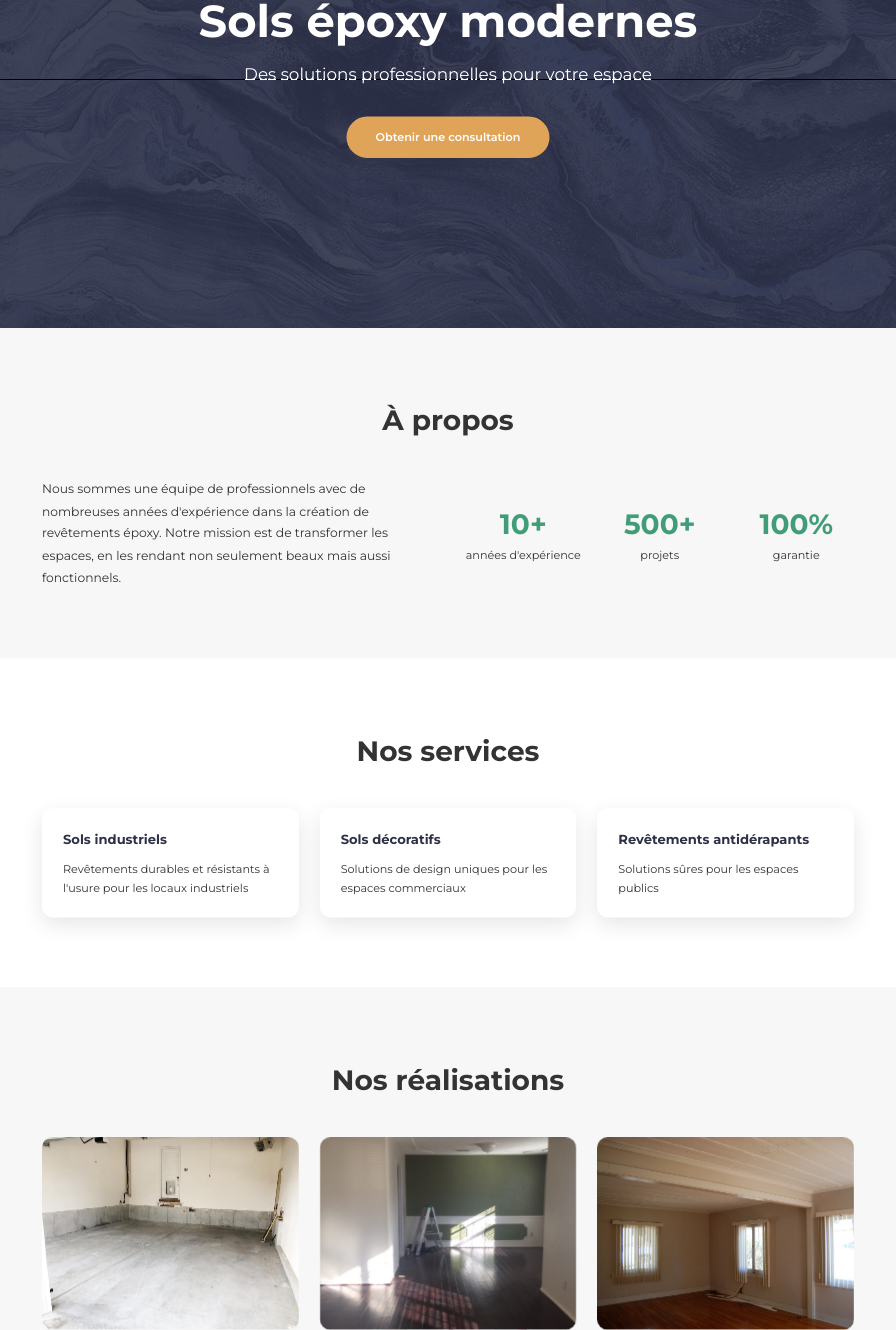
Repository: kerni-ca/kerni-ca
Page: index.html
The author's editor kept a copy of each file at every save. The page is drawn from the files as they stood at one save, then again after the next save.
The browser window is 1280 px wide. The pictures show the part of the page from y = 251 to 2151 px (the page is 5098 px tall before and 5147 px after), at 70% of full size.
Pictures or frames that could not be fetched are drawn as grey boxes. Backgrounds fixed to the window are drawn as part of the page.

Above is the page before, as saved 2025-07-04 13:21:08.

### index.html
<!DOCTYPE html>
<html lang="uk">
<head>
    <meta charset="UTF-8">
    <meta name="viewport" content="width=device-width, initial-scale=1.0">
    <title>Эпоксидные полы в Запорожье | Профессиональная укладка и ремонт</title>
    <meta name="description" content="Профессиональная укладка эпоксидных полов в Запорожье. Качественные материалы, опытные мастера, гарантия на работы. Звоните для консультации!">
    <meta name="keywords" content="эпоксидные полы Запорожье, укладка эпоксидных полов, эпоксидное покрытие, промышленные полы, декоративные полы">
    <link rel="stylesheet" href="styles.css">
    <link rel="preconnect" href="https://fonts.googleapis.com">
    <link rel="preconnect" href="https://fonts.gstatic.com" crossorigin>
    <link href="https://fonts.googleapis.com/css2?family=Montserrat:wght@400;500;600;700&display=swap" rel="stylesheet">
    <script src="lang.js"></script>
</head>
<body>
    <header class="header">
        <nav class="nav">
            <div class="logo">EPOXY<span>FLOOR</span></div>
            <ul class="nav-links">
                <li><a href="#about" data-i18n="nav_about">О нас</a></li>
                <li><a href="#services" data-i18n="nav_services">Услуги</a></li>
                <li><a href="#portfolio" data-i18n="nav_portfolio">Портфолио</a></li>
                <li><a href="#testimonials" data-i18n="nav_testimonials">Отзывы</a></li>
                <li><a href="#partners" data-i18n="nav_partners">Партнеры</a></li>
                <li><a href="#contact" data-i18n="nav_contact">Контакты</a></li>
                <li><button id="lang-switch" class="lang-btn"></button></li>
            </ul>
        </nav>
        <div class="hero">
            <h1 data-i18n="hero_title">Современные эпоксидные полы</h1>
            <p data-i18n="hero_subtitle">Профессиональные решения для вашего пространства</p>
            <a href="#contact" class="cta-button" data-i18n="hero_cta">Получить консультацию</a>
        </div>
    </header>

    <section id="about" class="about">
        <div class="container">
            <h2 data-i18n="about_title">О нас</h2>
            <div class="about-content">
                <div class="about-text">
                    <p data-i18n="about_text">Мы - команда профессионалов с многолетним опытом в создании эпоксидных покрытий. Наша миссия - преображать пространства, делая их не только красивыми, но и функциональными.</p>
                </div>
                <div class="about-stats">
                    <div class="stat">
                        <span class="number">10+</span>
                        <span class="label" data-i18n="about_years">лет опыта</span>
                    </div>
                    <div class="stat">
                        <span class="number">500+</span>
                        <span class="label" data-i18n="about_projects">проектов</span>
                    </div>
                    <div class="stat">
                        <span class="number">100%</span>
                        <span class="label" data-i18n="about_guarantee">гарантия</span>
                    </div>
                </div>
            </div>
        </div>
    </section>

    <section id="services" class="services">
        <div class="container">
            <h2 data-i18n="services_title">Наши услуги</h2>
            <div class="services-grid">
                <div class="service-card">
                    <h3 data-i18n="services_industrial">Промышленные полы</h3>
                    <p data-i18n="services_industrial_desc">Прочные и износостойкие покрытия для производственных помещений</p>
                </div>
                <div class="service-card">
                    <h3 data-i18n="services_decorative">Декоративные полы</h3>
                    <p data-i18n="services_decorative_desc">Уникальные дизайнерские решения для коммерческих помещений</p>
                </div>
                <div class="service-card">
                    <h3 data-i18n="services_anti">Антискользящие покрытия</h3>
                    <p data-i18n="services_anti_desc">Безопасные решения для общественных пространств</p>
                </div>
            </div>
        </div>
    </section>

    <section id="portfolio" class="portfolio">
        <div class="container">
            <h2 data-i18n="portfolio_title">Наши работы</h2>
            <div class="portfolio-grid">
                <!-- Клиент 1 -->
                <div class="portfolio-group" data-client="0">
                    <div class="portfolio-item" data-client="0" data-index="0"><img src="images/client1_1.jpg"><div class="portfolio-overlay"><h3>Client 1 - Фото 1</h3></div></div>
                    <div class="portfolio-item" data-client="0" data-index="1"><img src="images/client1_2.jpg"><div class="portfolio-overlay"><h3>Client 1 - Фото 2</h3></div></div>
                    <div class="portfolio-item" data-client="0" data-index="2"><img src="images/client1_3.jpg"><div class="portfolio-overlay"><h3>Client 1 - Фото 3</h3></div></div>
                    <div class="portfolio-item" data-client="0" data-index="3"><img src="images/client1_4.jpg"><div class="portfolio-overlay"><h3>Client 1 - Фото 4</h3></div></div>
                </div>
                <!-- Клиент 2 -->
                <div class="portfolio-group" data-client="1">
                    <div class="portfolio-item" data-client="1" data-index="0"><img src="images/client2_1.jpg"><div class="portfolio-overlay"><h3>Client 2 - Фото 1</h3></div></div>
                    <div class="portfolio-item" data-client="1" data-index="1"><img src="images/client2_2.jpg"><div class="portfolio-overlay"><h3>Client 2 - Фото 2</h3></div></div>
                    <div class="portfolio-item" data-client="1" data-index="2"><img src="images/client2_3.jpg"><div class="portfolio-overlay"><h3>Client 2 - Фото 3</h3></div></div>
                    <div class="portfolio-item" data-client="1" data-index="3"><img src="images/client2_4.jpg"><div class="portfolio-overlay"><h3>Client 2 - Фото 4</h3></div></div>
                </div>
                <!-- Клиент 3 -->
                <div class="portfolio-group" data-client="2">
                    <div class="portfolio-item" data-client="2" data-index="0"><img src="images/client3_1.jpg"><div class="portfolio-overlay"><h3>Client 3 - Фото 1</h3></div></div>
                    <div class="portfolio-item" data-client="2" data-index="1"><img src="images/client3_2.jpg"><div class="portfolio-overlay"><h3>Client 3 - Фото 2</h3></div></div>
                    <div class="portfolio-item" data-client="2" data-index="2"><img src="images/client3_3.jpg"><div class="portfolio-overlay"><h3>Client 3 - Фото 3</h3></div></div>
                    <div class="portfolio-item" data-client="2" data-index="3"><img src="images/client3_4.jpg"><div class="portfolio-overlay"><h3>Client 3 - Фото 4</h3></div></div>
                </div>
            </div>
        </div>
    </section>

    <div id="carousel-modal" class="carousel-modal" style="display:none;">
        <div class="carousel-content">
            <span class="carousel-close" id="carousel-close">&times;</span>
            <button class="carousel-arrow left" id="carousel-prev">&#8592;</button>
            <img id="carousel-img" src="" alt="Portfolio" />
            <button class="carousel-arrow right" id="carousel-next">&#8594;</button>
            <p id="carousel-desc" style="text-align:center;margin:10px 0 0 0;font-size:1.1em;color:#333;"></p>
        </div>
    </div>

    <section id="testimonials" class="testimonials">
        <div class="container">
            <h2 data-i18n="testimonials_title">Отзывы наших клиентов</h2>
            <div class="testimonials-grid">
                <div class="testimonial-card">
                    <div class="testimonial-content">
                        <p data-i18n="testimonial_1">"Отличная работа! Полы получились идеально ровными и очень красивыми. Спасибо за профессионализм и внимание к деталям."</p>
                    </div>
                    <div class="testimonial-author">
                        <img src="images/testimonial1.jpg" alt="Фото клиента">
                        <div class="author-info">
                            <h4 data-i18n="testimonial_1_name">Олександр Мельник</h4>
                            <p data-i18n="testimonial_1_position">Директор ТОВ "Запоріжбуд"</p>
                        </div>
                    </div>
                </div>
                <div class="testimonial-card">
                    <div class="testimonial-content">
                        <p data-i18n="testimonial_2">"Мне сделали классный пол в гараже и в зале выглядит восхитительно и дети в восторге!"</p>
                    </div>
                    <div class="testimonial-author">
                        <img src="images/testimonial2.jpg" alt="Фото клиента">
                        <div class="author-info">
                            <h4 data-i18n="testimonial_2_name">Олена Коваленко</h4>
                            <p data-i18n="testimonial_2_position">Власниця кафе "Запорізька Січ"</p>
                        </div>
                    </div>
                </div>
                <div class="testimonial-card">
                    <div class="testimonial-content">
                        <p data-i18n="testimonial_3">"Работали с компанией уже несколько раз. Всегда на высоте! Особенно понравилось качество материалов и скорость работы."</p>
                    </div>
                    <div class="testimonial-author">
                        <img src="images/testimonial3.jpg" alt="Фото клиента">
                        <div class="author-info">
                            <h4 data-i18n="testimonial_3_name">Володимир Шевченко</h4>
                            <p data-i18n="testimonial_3_position">Генеральний директор "Запорізький Промбуд"</p>
                        </div>
                    </div>
                </div>
            </div>
        </div>
    </section>

    <section id="partners" class="partners">
        <div class="container">
            <h2 data-i18n="partners_title">Наши партнеры</h2>
            <div class="partners-grid">
                <div class="partner-card">
                    <img src="images/partner1.jpg" alt="Партнер 1">
                    <h3>BASF</h3>
                    <p data-i18n="partner_1_desc">Мировой лидер в производстве химических материалов</p>
                </div>
                <div class="partner-card">
                    <img src="images/partner2.jpg" alt="Партнер 2">
                    <h3>Sika</h3>
                    <p data-i18n="partner_2_desc">Профессиональные решения для строительства</p>
                </div>
                <div class="partner-card">
                    <img src="images/partner3.jpg" alt="Партнер 3">
                    <h3>Mapei</h3>
                    <p data-i18n="partner_3_desc">Инновационные строительные материалы</p>
                </div>
                <div class="partner-card">
                    <img src="images/partner4.jpg" alt="Партнер 4">
                    <h3>Ardex</h3>
                    <p data-i18n="partner_4_desc">Высококачественные строительные смеси</p>
                </div>
            </div>
        </div>
    </section>

    <section id="contact" class="contact">
        <div class="container">
            <h2 data-i18n="contact_title">Свяжитесь с нами</h2>
            <div class="contact-content">
                <form class="contact-form">
                    <input type="text" data-i18n="contact_name" placeholder="Ваше имя" required>
                    <input type="tel" data-i18n="contact_phone" placeholder="Телефон" required>
                    <input type="email" data-i18n="contact_email" placeholder="Email" required>
                    <textarea data-i18n="contact_message" placeholder="Сообщение" required></textarea>
                    <button type="submit" class="submit-button" data-i18n="contact_send">Отправить</button>
                </form>
                <div class="contact-info">
                    <div class="info-item">
                        <h3 data-i18n="contact_address_title">Адрес</h3>
                        <p data-i18n="contact_address">г. Запорожье, ул. Соборная, 123</p>
                    </div>
                    <div class="info-item">
                        <h3 data-i18n="contact_phone_title">Телефон</h3>
                        <p data-i18n="contact_phone_value">+38 (061) 123-45-67</p>
                    </div>
                    <div class="info-item">
                        <h3 data-i18n="contact_email_title">Email</h3>
                        <p data-i18n="contact_email_value">info@epoxyfloor.zp.ua</p>
                    </div>
                </div>
            </div>
        </div>
    </section>

    <footer class="footer">
        <div class="container">
            <div class="footer-content">
                <div class="footer-logo">EPOXY<span>FLOOR</span></div>
                <p data-i18n="footer_rights">&copy; 2024 Все права защищены</p>
            </div>
        </div>
    </footer>

    <style>
      .lang-btn {
        background: #fff;
        color: #222;
        border: 1px solid #ddd;
        border-radius: 6px;
        padding: 6px 18px;
        font-family: inherit;
        font-size: 15px;
        font-weight: 600;
        margin-left: 10px;
        cursor: pointer;
        transition: background 0.2s, color 0.2s, border 0.2s;
        box-shadow: 0 1px 4px rgba(0,0,0,0.04);
      }
      .lang-btn:hover {
        background: #222;
        color: #fff;
        border: 1px solid #222;
      }
      .carousel-modal {
        position: fixed;
        z-index: 9999;
        left: 0; top: 0; width: 100vw; height: 100vh;
        background: rgba(0,0,0,0.8);
        display: flex; align-items: center; justify-content: center;
      }
      .carousel-content {
        position: relative;
        background: #fff;
        border-radius: 10px;
        padding: 20px;
        box-shadow: 0 8px 32px rgba(0,0,0,0.3);
        display: flex; align-items: center;
      }
      .carousel-content img {
        max-width: 70vw; max-height: 70vh; border-radius: 8px;
      }
      .carousel-close {
        position: absolute; top: 10px; right: 20px; font-size: 2rem; color: #222; cursor: pointer; z-index: 2;
      }
      .carousel-arrow {
        background: #222; color: #fff; border: none; border-radius: 50%; width: 40px; height: 40px; font-size: 1.5rem; cursor: pointer; margin: 0 15px; opacity: 0.8; transition: opacity 0.2s;
      }
      .carousel-arrow:hover { opacity: 1; }
    </style>
    <script src="script.js"></script>
</body>
</html>

Loaded but not shown: fr.json (55 lines, source omitted); script.js (106 lines, source omitted); lang.js (41 lines, source omitted); styles.css (531 lines, source omitted)

After the next save:
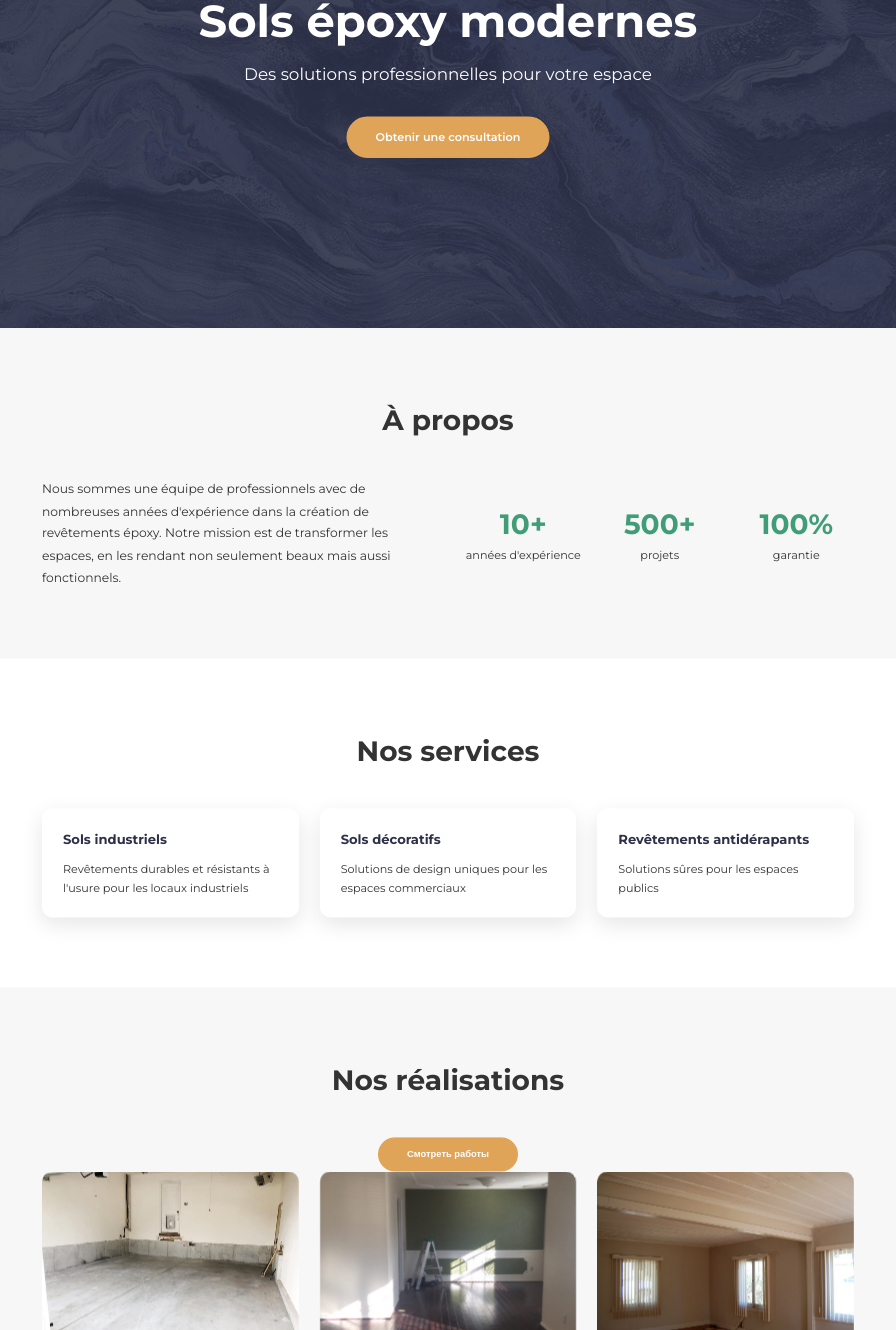
Saved 75 s later.
--- a/index.html
+++ b/index.html
@@ -81,6 +81,7 @@
     <section id="portfolio" class="portfolio">
         <div class="container">
             <h2 data-i18n="portfolio_title">Наши работы</h2>
+            <button id="portfolio-show-btn" class="cta-button" style="margin: 30px auto 0 auto; display: block;">Смотреть работы</button>
             <div class="portfolio-grid">
                 <!-- Клиент 1 -->
                 <div class="portfolio-group" data-client="0">
